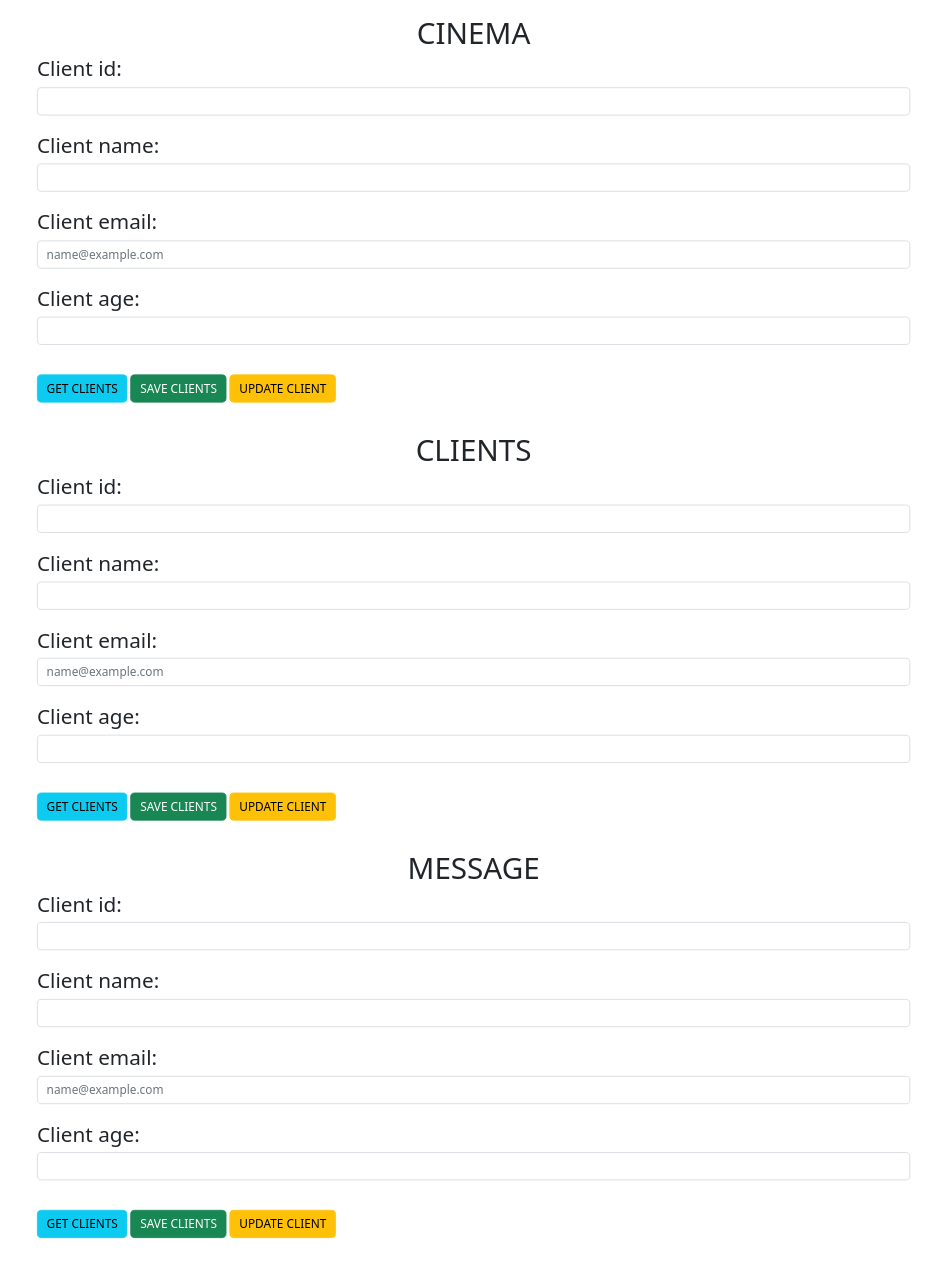
Repository: almendezl/MisionTIC
Page: index.html
The author's editor kept a copy of each file at every save. The page is drawn from the files as they stood at one save, then again after the next save.
The browser window is 1280 px wide. The pictures show the whole page, at 74% of full size.

Above is the page before, as saved 2022-10-01 21:51:40.

After the next save:
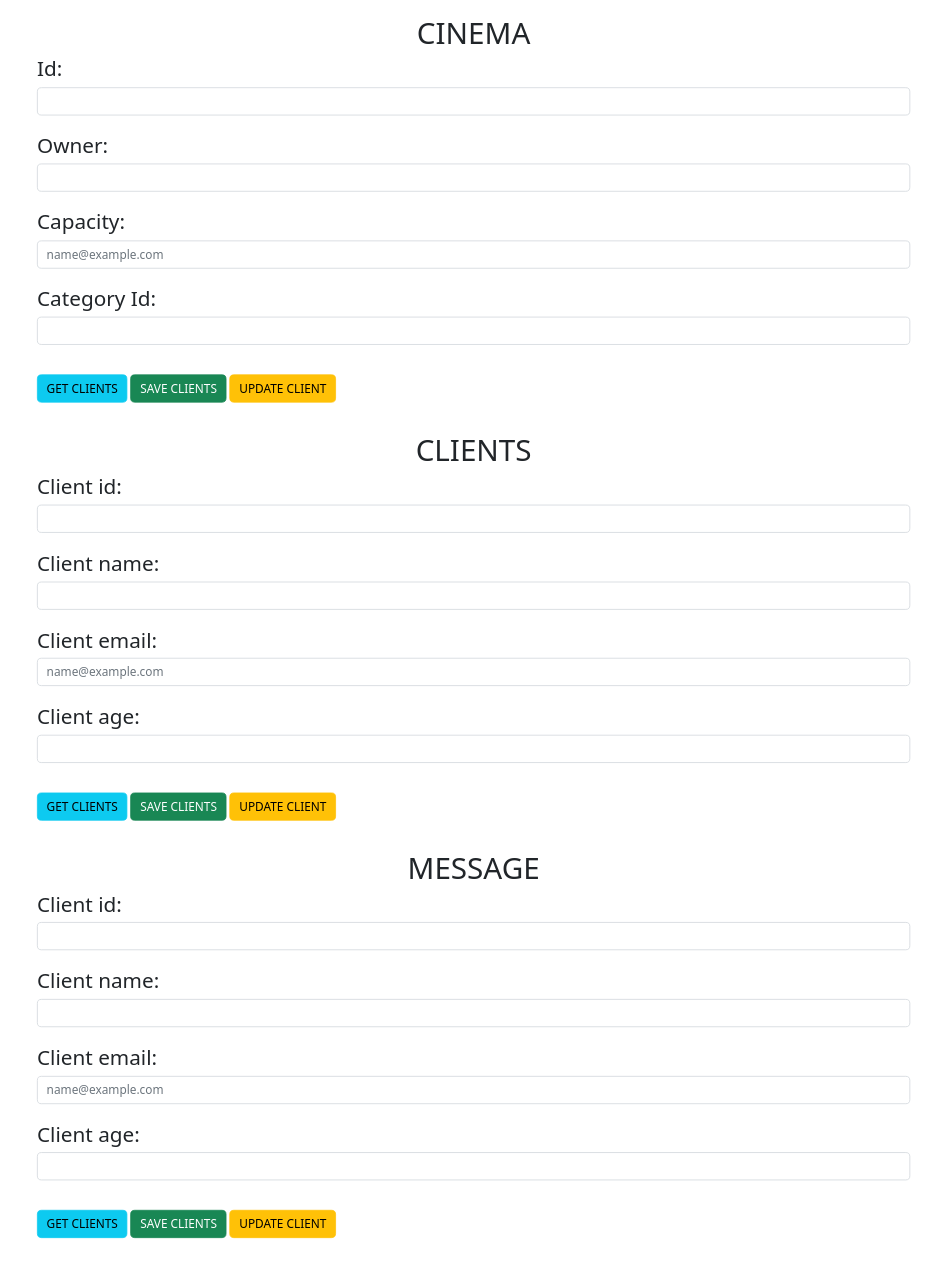
Saved 106 s later.
--- a/index.html
+++ b/index.html
@@ -18,22 +18,22 @@
     <h1 class="text-center">CINEMA</h1>
     <form action="">
         <div class="form-group">
-            <h3 class="label label-default" >Client id: </h3>
+            <h3 class="label label-default" >Id: </h3>
             <input class="form-control" type="number" id="clientId"> <br>
         </div>
 
         <div class="form-group">
-            <h3 class="label label-default" >Client name: </h3>
+            <h3 class="label label-default" >Owner: </h3>
             <input class="form-control" type="text" id="clientName"><br>
         </div>
 
         <div class="form-group">
-            <h3 class="label label-default" >Client email: </h3>
+            <h3 class="label label-default" >Capacity: </h3>
             <input class="form-control" type="text" id="clientEmail" placeholder="name@example.com"><br>
         </div>
 
         <div class="form-group">
-            <h3 class="label label-default" >Client age: </h3>
+            <h3 class="label label-default" >Category Id: </h3>
             <input class="form-control" type="number" id="clientAge"><br>
         </div>
 
